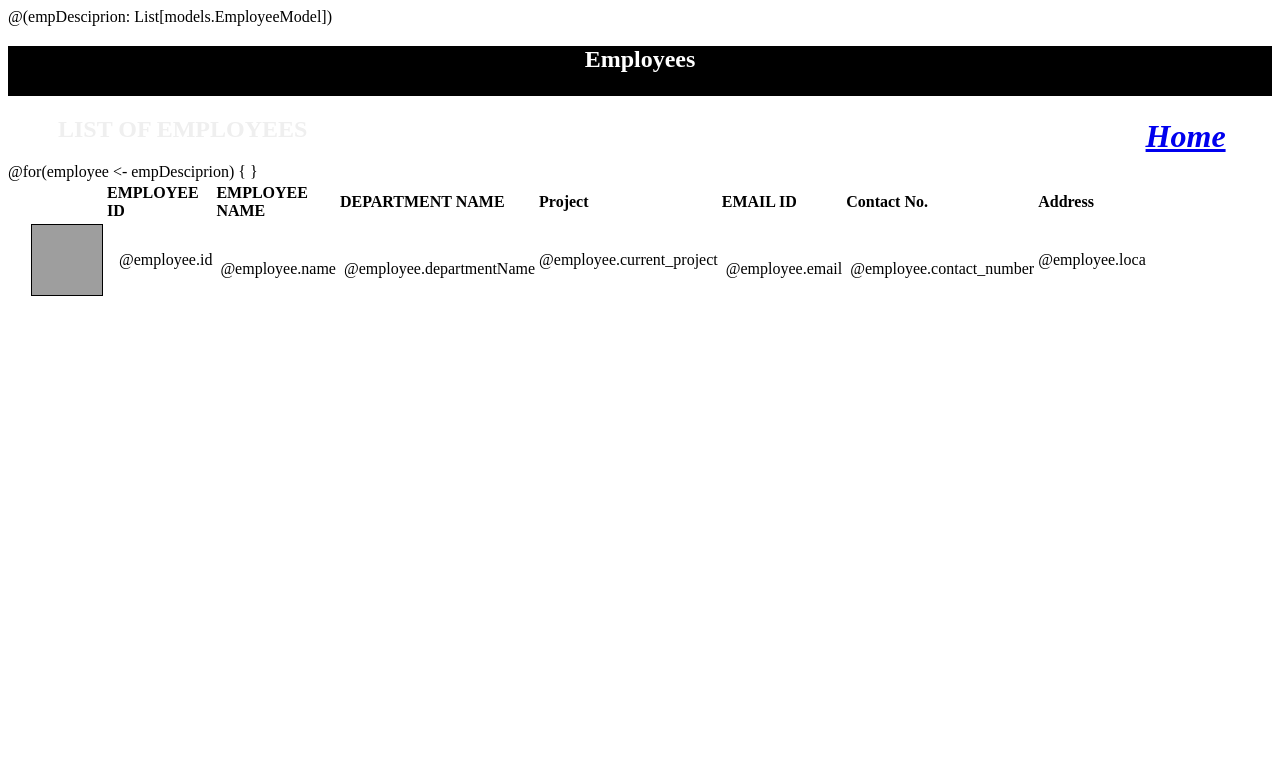
Repository: sumitkum200690/PLAY_SLICK
Page: Play_DB/app/views/employeeByIdDescription.scala.html
These files come from the project's save history. The page is drawn as it stood at one moment and after the next save; the edit follows.
The browser window is 1280 px wide. The pictures show the whole page.
Pictures or frames that could not be fetched are drawn as grey boxes.

Above is the page before, as saved 2015-09-28 05:44:37.

After the next save:
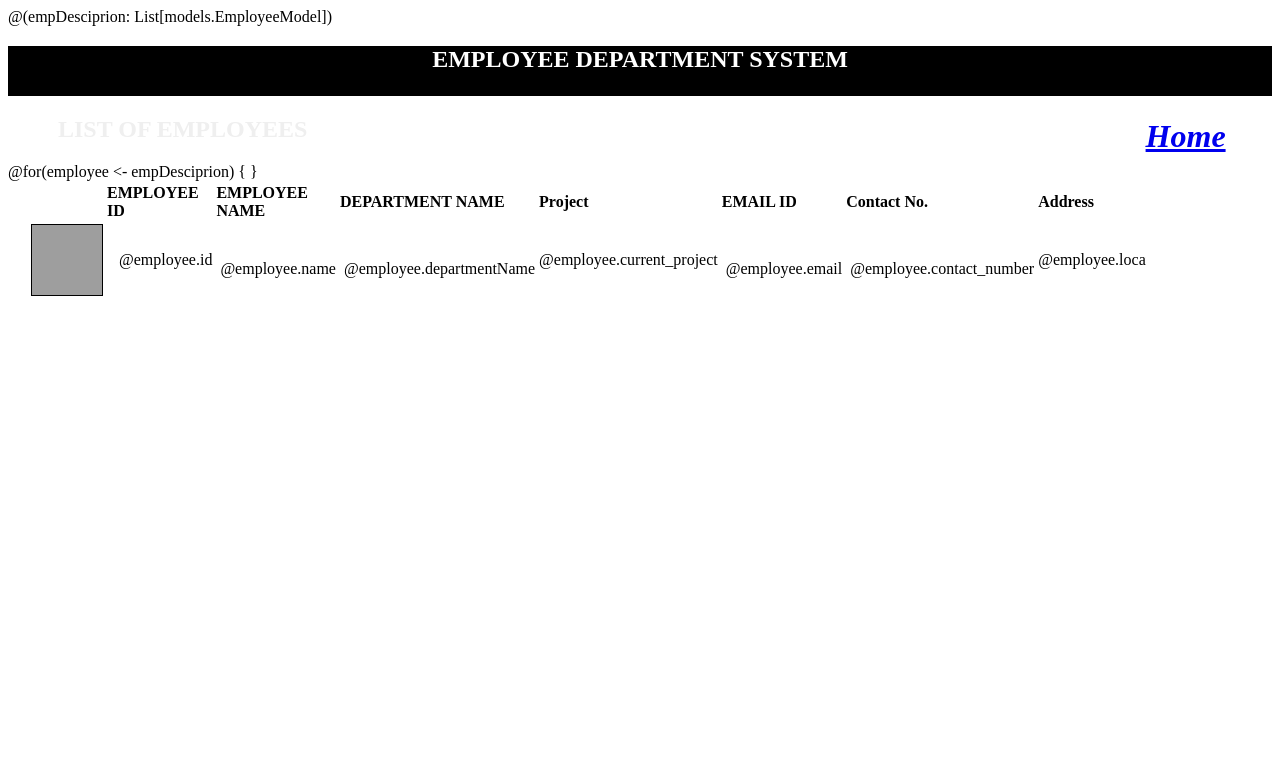
Saved 38 s later.
--- a/Play_DB/app/views/employeeByIdDescription.scala.html
+++ b/Play_DB/app/views/employeeByIdDescription.scala.html
@@ -105,7 +105,7 @@
 
 	<div id="header">
 
-	<h2>Employees</h2>
+	<h2>EMPLOYEE DEPARTMENT SYSTEM</h2>
 	</div>
 
 	<div id="d3">
